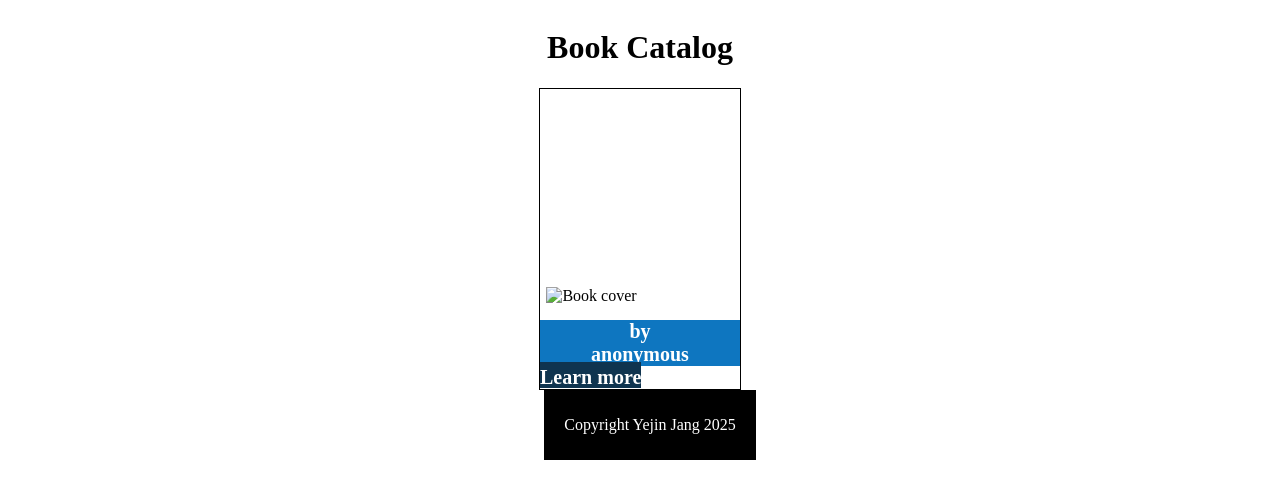
Repository: Yejin-Digital/Lab3-Assignment-BookCatalog
Page: /
An editor plug-in stored every save of this project. The page is shown before and after the next save, followed by the edit.
The browser window is 1280 px wide. The pictures show the whole page.
The project was rebuilt for these pictures with package versions that can differ from the ones it lists, and the page was loaded fresh each time. Also part of the build but not shown: vite.config.js.

Above is the page before, as saved 2025-09-13 04:09:41.

After the next save:
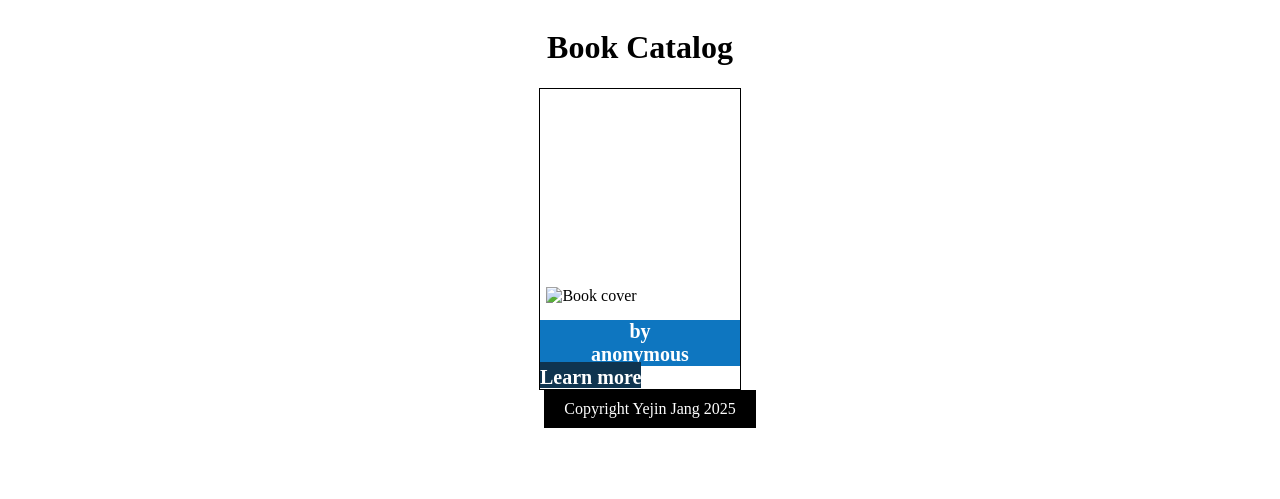
Saved 33 s later.
--- a/index.html
+++ b/index.html
@@ -10,9 +10,7 @@
     <h1>Book Catalog</h1>
     <div id="root"></div>
     <footer>
-      <div class="footer-content">
-        <p class="copyright">Copyright Yejin Jang 2025</p>
-      </div>
+      <div class="footer-content">Copyright Yejin Jang 2025</div>
     </footer>
     <script type="module" src="/src/main.jsx"></script>
   </body>
